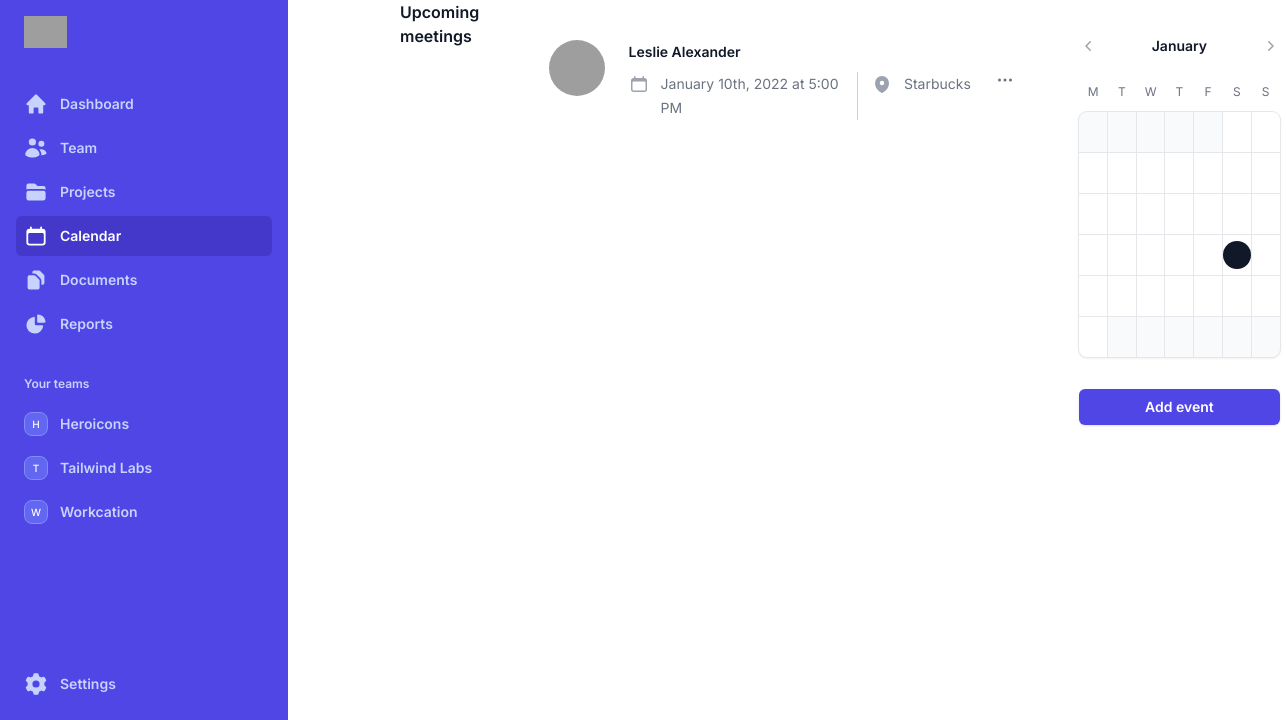
Repository: uh-sman/digital-x
Page: /calender
These files come from the project's save history. The page is drawn as it stood at one moment and after the next save; the edit follows.
The browser window is 1280 px wide. The page is 1286 px wide, then 1280 px, so the pictures cover 1286 px, including what lies to the right of the window. The pictures show the whole page.
Pictures or frames that could not be fetched are drawn as grey boxes. The project was rebuilt for these pictures with package versions that can differ from the ones it lists, and the page was loaded fresh each time. The framework's server and built-in components were replaced by stand-ins that run in the browser. Also part of the build but not shown: next.config.mjs.

Above is the page before, as saved 2024-04-02 10:40:25.

After the next save:
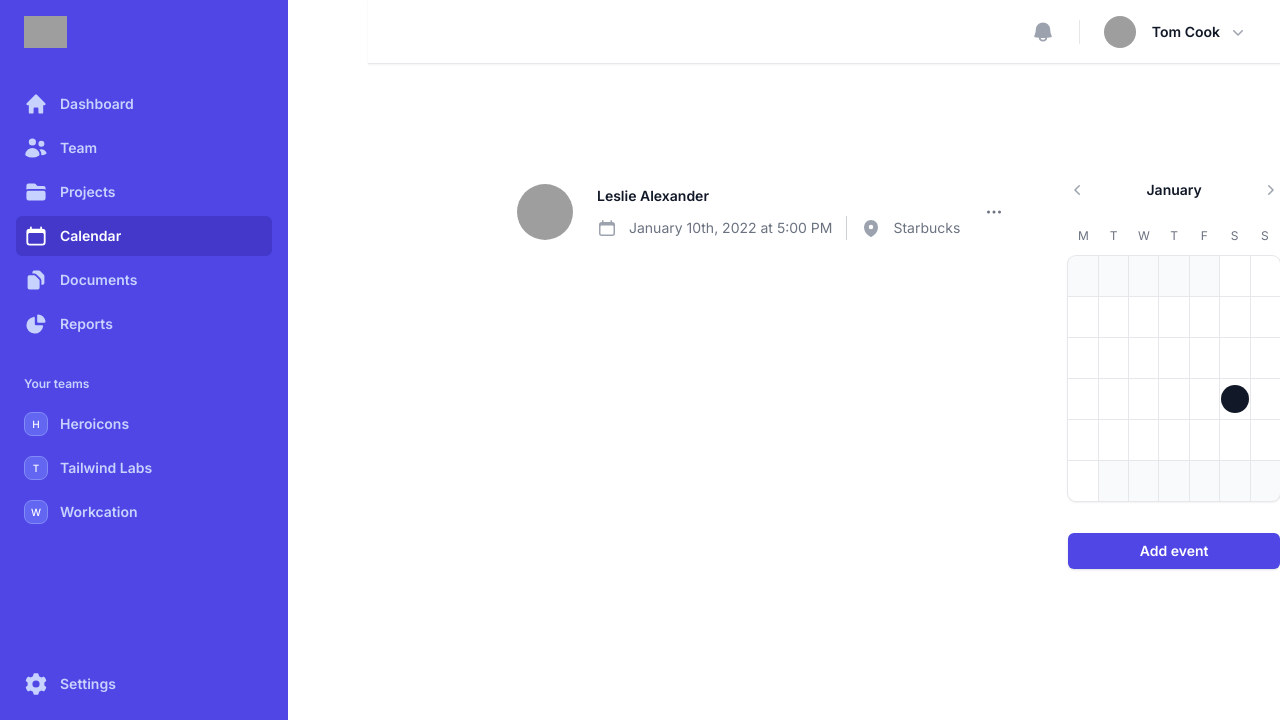
Saved 2 min 18 s later.
--- a/app/layout.tsx
+++ b/app/layout.tsx
@@ -19,15 +19,17 @@ export default function RootLayout({
   return (
     <html lang="en">
       <body className={inter.className}>
-        <div className="flex gap-[400px] w-full">
+      <div className="flex gap-x-20 w-full overflow-hidden">
+        <div className="sr-only md:not-sr-only">
           <SideBar />
-            {/* <nav className="flex w-full">
+        </div>
+        <div className="w-full h-screen">
+          {/* <Box className="bg-neutral-900 border-none h-screen overflow-x-auto"> */}
             <NavMenu />
-            </nav> */}
-          <div>
             {children}
-            </div>
+          {/* </Box> */}
         </div>
+      </div>
       </body>
     </html>
   );
